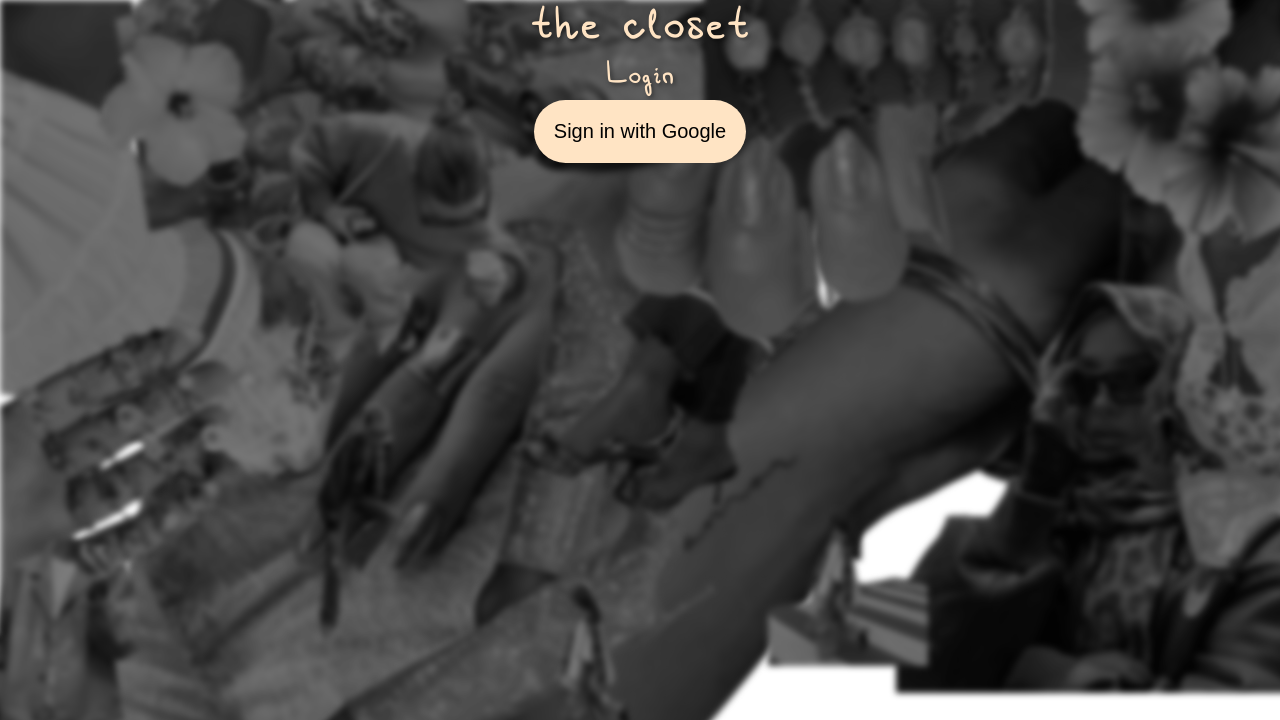
Repository: karla-sikavica/theCloset
Page: / (app in frontend/)
These files come from the project's save history. The page is drawn as it stood at one moment and after the next save; the edit follows.
The browser window is 1280 px wide. The pictures show the whole page.
The project was rebuilt for these pictures with package versions that can differ from the ones it lists, and the page was loaded fresh each time. Also part of the build but not shown: frontend/vite.config.ts.

Above is the page before, as saved 2025-03-29 16:23:42.

After the next save:
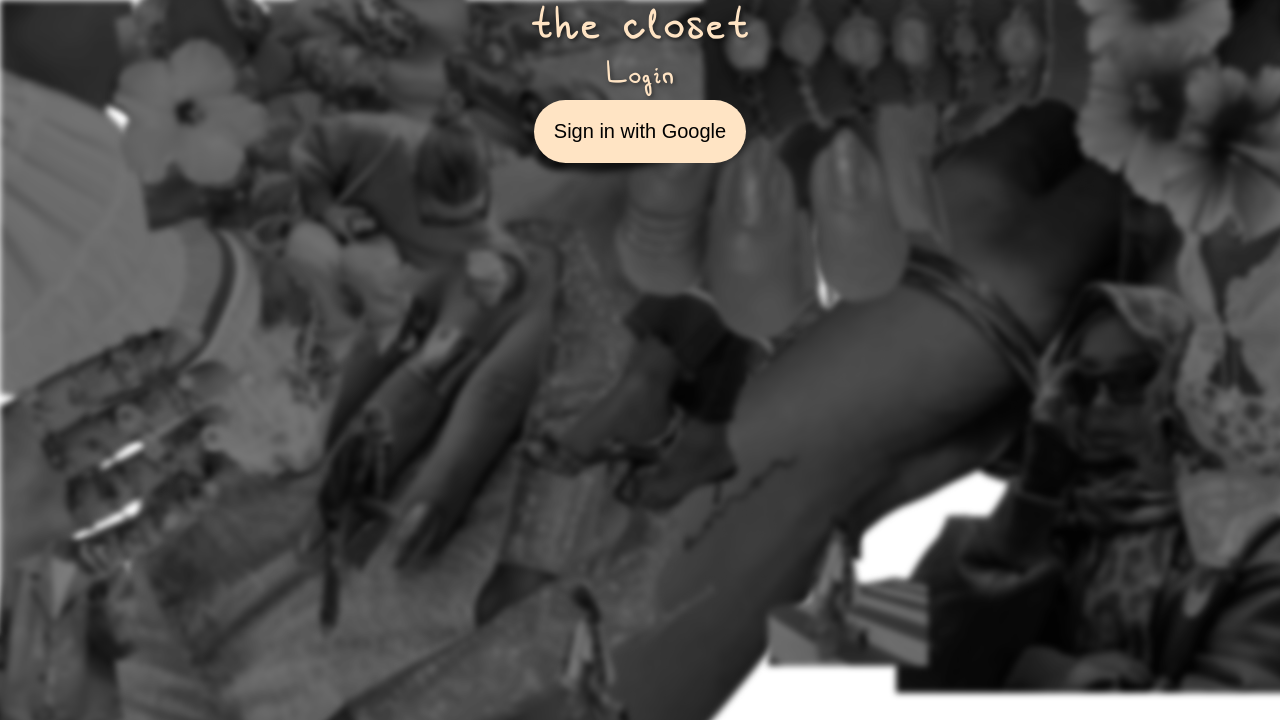
Saved 10 s later.
--- a/frontend/src/components/ui/Collage.tsx
+++ b/frontend/src/components/ui/Collage.tsx
@@ -178,7 +178,7 @@
     top: "-10%",
     left: "5%",
     width: "270px",
-    rotate: "180deg",
+    rotate: "150deg",
     zIndex: 3,
   } /*,
   {
